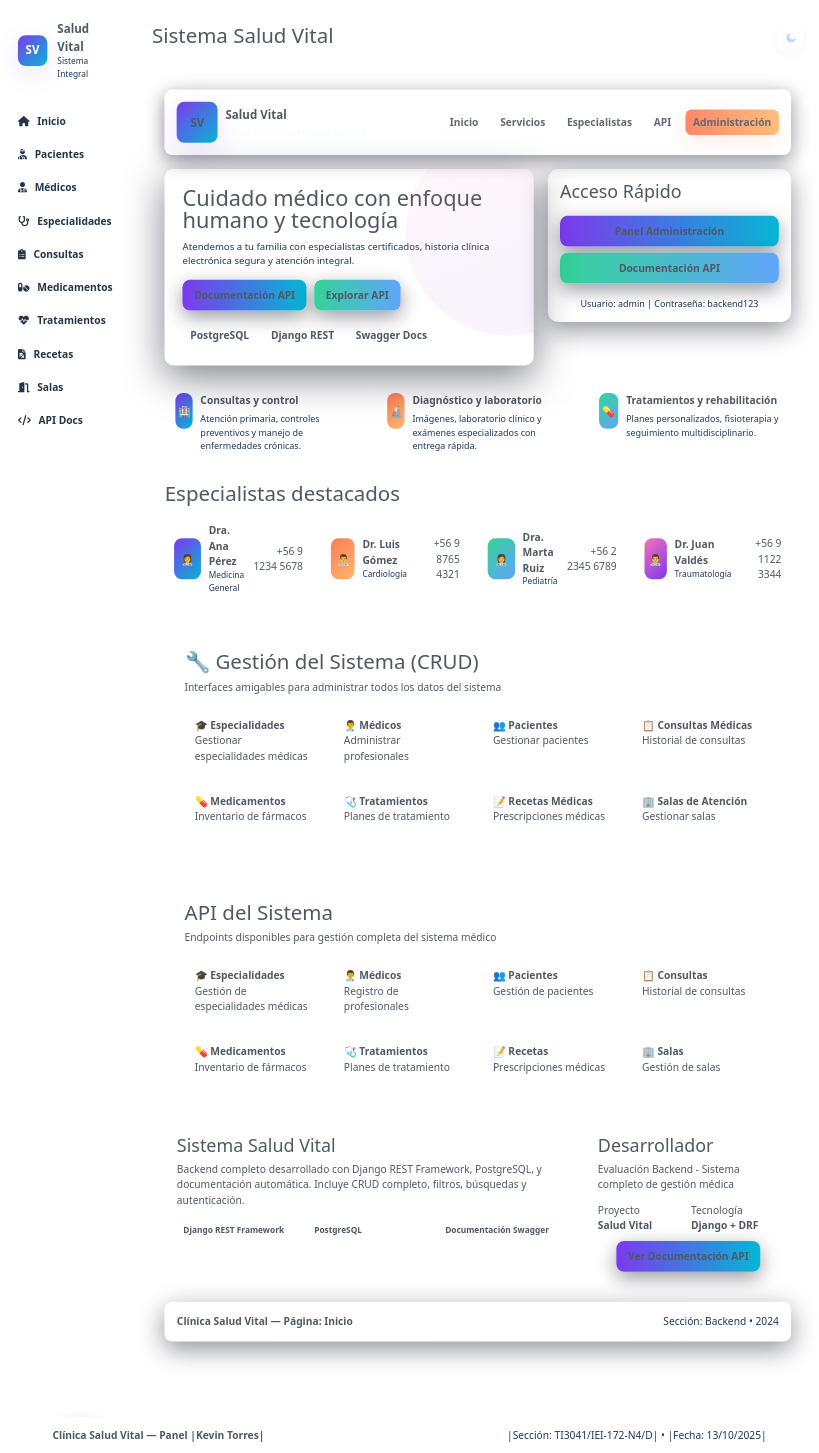
Repository: KeviNozh/eva2_clinica
Page: templates/index.html
An editor plug-in stored every save of this project. The page is shown before and after the next save, followed by the edit.
The browser window is 1280 px wide. The pictures show the whole page, at 64% of full size.
The template is drawn by Django 5.2. The application's start-up code is not run. Other server files are loaded and not shown. The template is opened directly, without the code that normally fills it, so the values that code supplies are empty.

Above is the page before, as saved 2025-10-14 19:54:13.

### templates/index.html
{% extends 'base.html' %}

{% block title %}Inicio - Salud Vital{% endblock %}

{% block content %}
<!DOCTYPE html>
<html lang="es">
<head>
  <meta charset="utf-8" />
  <meta name="viewport" content="width=device-width,initial-scale=1" />
  <style>
  /* Paleta viva y variables */
  :root{
    --bg:#ffffff;      /* fondo oscuro general */
    --soft-bg:#f6fbff;          /* paneles claros */
    --glass: rgba(224, 255, 246, 0.06);
    --muted:#1e395a;
    --white:#4f5962;

    --c1-start:#7c3aed; --c1-end:#06b6d4;   /* morado -> cian */
    --c2-start:#ff7a59; --c2-end:#ffb86b;   /* naranja -> amarillo */
    --c3-start:#34d399; --c3-end:#60a5fa;   /* verde -> azul */
    --c4-start:#f472b6; --c4-end:#7c3aed;   /* rosa -> morado */

    --radius:14px;
    --shadow-lg: 0 18px 60px rgba(2,6,23,0.5);
    --max-width:1200px;
    font-family: Inter, system-ui, -apple-system, "Segoe UI", Roboto, "Helvetica Neue", Arial, sans-serif;
    color-scheme: dark;
  }

  /* Reset y layout */
  *{box-sizing:border-box}
  html,body{height:100%;margin:0;background:
    radial-gradient(600px 300px at 10% 10%, rgba(124,58,237,0.12), transparent 10%),
    radial-gradient(500px 240px at 90% 70%, rgba(6,182,212,0.08), transparent 8%),
    var(--bg);
    -webkit-font-smoothing:antialiased;color:var(--white);
  }
  a{color:inherit;text-decoration:none}
  .wrap{max-width:var(--max-width);margin:30px auto;padding:20px}

  /* Header */
  header.site{
    display:flex;align-items:center;gap:16px;padding:18px;border-radius:12px;
    background: linear-gradient(90deg, rgba(255,255,255,0.03), rgba(255,255,255,0.02));
    border: 1px solid rgba(255,255,255,0.04);
    box-shadow: 0 8px 30px rgba(2,6,23,0.45);
  }
  .brand{display:flex;gap:12px;align-items:center}
  .logo{
    width:64px;height:64px;border-radius:12px;background:linear-gradient(135deg,var(--c1-start),var(--c1-end));
    display:grid;place-items:center;font-weight:900;font-size:18px;color:var(--white);box-shadow:0 12px 40px rgba(124,58,237,0.14)
  }
  .brand .title{font-weight:800;font-size:18px}
  .brand .subtitle{font-size:13px;color:#f6fbff;margin-top:4px}

  nav.main{margin-left:auto;display:flex;gap:10px;align-items:center}
  .nav-link{padding:8px 12px;border-radius:10px;color:var(--white);opacity:0.9;font-weight:700}
  .nav-link.ghost{background:transparent;border:1px solid rgba(186, 179, 179, 0.04);opacity:0.8}
  .nav-link.cta{background:linear-gradient(90deg,var(--c2-start),var(--c2-end));box-shadow:0 12px 30px rgba(255,122,89,0.14)}

  /* Hero */
  .hero{display:grid;grid-template-columns:1fr 380px;gap:22px;margin-top:22px;align-items:start}
  @media (max-width:980px){ .hero{grid-template-columns:1fr} }
  .hero-card{
    background: linear-gradient(180deg, rgba(255,255,255,0.04), rgba(255,255,255,0.02));
    border-radius:var(--radius);padding:28px;box-shadow:var(--shadow-lg);
    position:relative;overflow:hidden;
  }
  /* decorative shapes */
  .hero-card::before{
    content:"";position:absolute;right:-120px;top:-60px;width:320px;height:320px;border-radius:160px;
    background:linear-gradient(135deg,var(--c4-start),var(--c4-end));opacity:0.06;transform:rotate(20deg);
  }
  .hero h1{margin:0;font-size:34px;line-height:1.02}
  .hero p{margin:12px 0;color:var(--muted);font-size:15px}
  .cta-group{display:flex;gap:12px;margin-top:18px;flex-wrap:wrap}
  .btn{
    padding:12px 18px;border-radius:12px;border:0;font-weight:800;cursor:pointer;
    color:var(--white);box-shadow:0 10px 30px rgba(2,6,23,0.4)
  }
  .btn.primary{background:linear-gradient(90deg,var(--c1-start),var(--c1-end))}
  .btn.alt{background:linear-gradient(90deg,var(--c3-start),var(--c3-end))}

  /* Appointment card (right) */
  .appointment{
    background: linear-gradient(180deg, rgba(255,255,255,0.03), rgba(255,255,255,0.02));
    padding:18px;border-radius:16px;border:1px solid rgba(255,255,255,0.04);box-shadow:0 12px 40px rgba(2,6,23,0.45)
  }
  .appointment h3{margin:0 0 10px 0}
  .appointment label{display:block;font-size:13px;color:var(--muted);margin-bottom:6px}
  .appointment input, .appointment select{width:100%;padding:10px;border-radius:10px;border:1px solid rgba(255,255,255,0.04);background:transparent;color:var(--white);margin-bottom:10px}

  /* Services grid */
  .services{display:grid;grid-template-columns:repeat(3,1fr);gap:14px;margin-top:26px}
  @media (max-width:1100px){ .services{grid-template-columns:repeat(2,1fr)} }
  @media (max-width:700px){ .services{grid-template-columns:1fr} }
  .service{
    background:linear-gradient(180deg, rgba(255,255,255,0.02), rgba(255,255,255,0.01));
    padding:16px;border-radius:12px;border:1px solid rgba(255,255,255,0.03);display:flex;gap:12px;align-items:flex-start;
  }
  .service .icon{width:56px;height:56px;border-radius:12px;display:grid;place-items:center;color:var(--white);font-weight:900}
  .s1{background:linear-gradient(135deg,var(--c1-start),var(--c1-end))}
  .s2{background:linear-gradient(135deg,var(--c2-start),var(--c2-end))}
  .s3{background:linear-gradient(135deg,var(--c3-start),var(--c3-end))}
  .service .title{font-weight:800}
  .service .desc{color:var(--muted);margin-top:6px;font-size:14px}

  /* Specialists */
  .specialists{margin-top:28px}
  .specialists h2{margin:0 0 12px 0}
  .cards{display:grid;grid-template-columns:repeat(4,1fr);gap:14px}
  @media (max-width:1100px){ .cards{grid-template-columns:repeat(2,1fr)} }
  @media (max-width:600px){ .cards{grid-template-columns:1fr} }
  .doctor{
    background:linear-gradient(180deg, rgba(255,255,255,0.02), rgba(255,255,255,0.01));
    padding:14px;border-radius:12px;border:1px solid rgba(255,255,255,0.03);display:flex;gap:12px;align-items:center;
  }
  .avatar{width:64px;height:64px;border-radius:12px;display:grid;place-items:center;font-weight:900;color:var(--white)}
  .avatar.a1{background:linear-gradient(135deg,var(--c1-start),var(--c1-end))}
  .avatar.a2{background:linear-gradient(135deg,var(--c2-start),var(--c2-end))}
  .avatar.a3{background:linear-gradient(135deg,var(--c3-start),var(--c3-end))}
  .avatar.a4{background:linear-gradient(135deg,var(--c4-start),var(--c4-end))}
  .doc-meta .name{font-weight:800}
  .doc-meta .spec{color:var(--muted);font-size:13px}

  /* Facilities / base */
  .base{display:grid;grid-template-columns:2fr 1fr;gap:16px;margin-top:28px}
  @media (max-width:900px){ .base{grid-template-columns:1fr} }
  .about, .contact{
    background: linear-gradient(180deg, rgba(255,255,255,0.02), rgba(255,255,255,0.01));
    padding:18px;border-radius:12px;border:1px solid rgba(255,255,255,0.03);
  }
  .about h3{margin-top:0}
  .features{display:grid;grid-template-columns:repeat(3,1fr);gap:10px;margin-top:12px}
  .feature{padding:10px;border-radius:10px;background:linear-gradient(90deg, rgba(255,255,255,0.02), transparent);font-weight:700;color:var(--white);font-size:13px}

  /* Contact */
  .contact form input, .contact form textarea{width:100%;padding:10px;border-radius:10px;border:1px solid rgba(255,255,255,0.04);background:transparent;color:var(--white);margin-bottom:8px}

  /* Footer */
  footer.site{
    margin-top:28px;padding:18px;border-radius:12px;background:linear-gradient(90deg, rgba(255,255,255,0.03), rgba(255,255,255,0.02));
    border:1px solid rgba(255,255,255,0.04);
    display:flex;justify-content:space-between;align-items:center;gap:12px;box-shadow:0 12px 40px rgba(2,6,23,0.45)
  }
  .footer-left{font-weight:800}
  .footer-right{color:var(--muted)}
  .pill{display:inline-block;padding:8px 12px;border-radius:999px;background:rgba(255,255,255,0.04);font-weight:700}

  /* API Links Section */
  .api-section {
    margin-top: 40px;
    padding: 30px;
    background: linear-gradient(180deg, rgba(255,255,255,0.03), rgba(255,255,255,0.01));
    border-radius: 16px;
    border: 1px solid rgba(255,255,255,0.04);
  }
  .api-links {
    display: grid;
    grid-template-columns: repeat(auto-fit, minmax(200px, 1fr));
    gap: 15px;
    margin-top: 20px;
  }
  .api-link {
    padding: 15px;
    background: rgba(255,255,255,0.02);
    border-radius: 10px;
    border: 1px solid rgba(255,255,255,0.03);
    transition: all 0.3s ease;
  }
  .api-link:hover {
    background: rgba(255,255,255,0.05);
    transform: translateY(-2px);
  }

  /* Small responsive tweaks */
  @media (max-width:520px){
    .nav-link{display:none}
    header.site{padding:12px}
    .logo{width:52px;height:52px}
  }
  </style>
</head>
<body>
  <div class="wrap">
    <!-- Header -->
    <header class="site" role="banner" aria-label="Encabezado principal">
      <div class="brand">
        <div class="logo" aria-hidden>SV</div>
        <div>
          <div class="title">Salud Vital</div>
          <div class="subtitle">Clínica Integral — Atención humana</div>
        </div>
      </div>

      <nav class="main" role="navigation" aria-label="Navegación principal">
        <a class="nav-link" href="#home">Inicio</a>
        <a class="nav-link" href="#servicios">Servicios</a>
        <a class="nav-link" href="#medicos">Especialistas</a>
        <a class="nav-link" href="#api">API</a>
        <a class="nav-link cta" href="/admin/">Administración</a>
      </nav>
    </header>

    <!-- Hero + Appointment -->
    <section class="hero" id="home" aria-labelledby="hero-title">
      <div class="hero-card">
        <h1 id="hero-title">Cuidado médico con enfoque humano y tecnología</h1>
        <p>Atendemos a tu familia con especialistas certificados, historia clínica electrónica segura y atención integral.</p>

        <div class="cta-group">
          <a class="btn primary" href="/api/docs/">Documentación API</a>
          <a class="btn alt" href="/api/">Explorar API</a>
        </div>

        <div style="margin-top:18px;display:flex;gap:10px;flex-wrap:wrap">
          <span class="pill">PostgreSQL</span>
          <span class="pill">Django REST</span>
          <span class="pill">Swagger Docs</span>
        </div>
      </div>

      <aside class="appointment" aria-labelledby="ap-title" id="cita">
        <h3 id="ap-title">Acceso Rápido</h3>
        <div style="text-align: center; margin: 20px 0;">
          <a href="/admin/" class="btn primary" style="display: block; margin-bottom: 10px;">Panel Administración</a>
          <a href="/api/docs/" class="btn alt" style="display: block;">Documentación API</a>
        </div>
        <div style="color: var(--muted); font-size: 14px; text-align: center;">
          Usuario: admin | Contraseña: backend123
        </div>
      </aside>
    </section>

    <!-- Services -->
    <section id="servicios" class="services" aria-label="Servicios destacados">
      <article class="service">
        <div class="icon s1">🏥</div>
        <div>
          <div class="title">Consultas y control</div>
          <div class="desc">Atención primaria, controles preventivos y manejo de enfermedades crónicas.</div>
        </div>
      </article>

      <article class="service">
        <div class="icon s2">🔬</div>
        <div>
          <div class="title">Diagnóstico y laboratorio</div>
          <div class="desc">Imágenes, laboratorio clínico y exámenes especializados con entrega rápida.</div>
        </div>
      </article>

      <article class="service">
        <div class="icon s3">💊</div>
        <div>
          <div class="title">Tratamientos y rehabilitación</div>
          <div class="desc">Planes personalizados, fisioterapia y seguimiento multidisciplinario.</div>
        </div>
      </article>
    </section>

    <!-- Specialists -->
    <section class="specialists" id="medicos">
      <h2>Especialistas destacados</h2>
      <div class="cards" role="list">
        <div class="doctor" role="listitem">
          <div class="avatar a1">👩‍⚕️</div>
          <div class="doc-meta" style="flex:1">
            <div class="name">Dra. Ana Pérez</div>
            <div class="spec">Medicina General</div>
          </div>
          <div style="text-align:right">
            <div class="muted">+56 9 1234 5678</div>
          </div>
        </div>

        <div class="doctor">
          <div class="avatar a2">👨‍⚕️</div>
          <div class="doc-meta" style="flex:1">
            <div class="name">Dr. Luis Gómez</div>
            <div class="spec">Cardiología</div>
          </div>
          <div style="text-align:right">
            <div class="muted">+56 9 8765 4321</div>
          </div>
        </div>

        <div class="doctor">
          <div class="avatar a3">👩‍⚕️</div>
          <div class="doc-meta" style="flex:1">
            <div class="name">Dra. Marta Ruiz</div>
            <div class="spec">Pediatría</div>
          </div>
          <div style="text-align:right">
            <div class="muted">+56 2 2345 6789</div>
          </div>
        </div>

        <div class="doctor">
          <div class="avatar a4">👨‍⚕️</div>
          <div class="doc-meta" style="flex:1">
            <div class="name">Dr. Juan Valdés</div>
            <div class="spec">Traumatología</div>
          </div>
          <div style="text-align:right">
            <div class="muted">+56 9 1122 3344</div>
          </div>
        </div>
      </div>
    </section>

<!-- Agregar esta sección después de "Especialistas destacados" -->
<section class="api-section" id="crud">
  <h2>🔧 Gestión del Sistema (CRUD)</h2>
  <p class="muted">Interfaces amigables para administrar todos los datos del sistema</p>

  <div class="api-links">
    <a href="/crud/especialidades/" class="api-link">
      <strong>🎓 Especialidades</strong>
      <div class="muted">Gestionar especialidades médicas</div>
    </a>
    <a href="/crud/medicos/" class="api-link">
      <strong>👨‍⚕️ Médicos</strong>
      <div class="muted">Administrar profesionales</div>
    </a>
    <a href="/crud/pacientes/" class="api-link">
      <strong>👥 Pacientes</strong>
      <div class="muted">Gestionar pacientes</div>
    </a>
    <a href="/crud/consultas/" class="api-link">
      <strong>📋 Consultas Médicas</strong>
      <div class="muted">Historial de consultas</div>
    </a>
    <a href="/crud/medicamentos/" class="api-link">
      <strong>💊 Medicamentos</strong>
      <div class="muted">Inventario de fármacos</div>
    </a>
    <a href="/crud/tratamientos/" class="api-link">
      <strong>🩺 Tratamientos</strong>
      <div class="muted">Planes de tratamiento</div>
    </a>
    <a href="/crud/recetas/" class="api-link">
      <strong>📝 Recetas Médicas</strong>
      <div class="muted">Prescripciones médicas</div>
    </a>
    <a href="/crud/salas/" class="api-link">
      <strong>🏢 Salas de Atención</strong>
      <div class="muted">Gestionar salas</div>
    </a>
  </div>
</section>

    <!-- API Section -->
    <section class="api-section" id="api">
      <h2>API del Sistema</h2>
      <p class="muted">Endpoints disponibles para gestión completa del sistema médico</p>

      <div class="api-links">
        <a href="/api/especialidades/" class="api-link">
          <strong>🎓 Especialidades</strong>
          <div class="muted">Gestión de especialidades médicas</div>
        </a>
        <a href="/api/medicos/" class="api-link">
          <strong>👨‍⚕️ Médicos</strong>
          <div class="muted">Registro de profesionales</div>
        </a>
        <a href="/api/pacientes/" class="api-link">
          <strong>👥 Pacientes</strong>
          <div class="muted">Gestión de pacientes</div>
        </a>
        <a href="/api/consultas-medicas/" class="api-link">
          <strong>📋 Consultas</strong>
          <div class="muted">Historial de consultas</div>
        </a>
        <a href="/api/medicamentos/" class="api-link">
          <strong>💊 Medicamentos</strong>
          <div class="muted">Inventario de fármacos</div>
        </a>
        <a href="/api/tratamientos/" class="api-link">
          <strong>🩺 Tratamientos</strong>
          <div class="muted">Planes de tratamiento</div>
        </a>
        <a href="/api/recetas-medicas/" class="api-link">
          <strong>📝 Recetas</strong>
          <div class="muted">Prescripciones médicas</div>
        </a>
        <a href="/api/salas-atencion/" class="api-link">
          <strong>🏢 Salas</strong>
          <div class="muted">Gestión de salas</div>
        </a>
      </div>
    </section>

    <!-- Base / About & Contact -->
    <section class="base" id="contacto">
      <div class="about">
        <h3>Sistema Salud Vital</h3>
        <p class="muted">Backend completo desarrollado con Django REST Framework, PostgreSQL, y documentación automática. Incluye CRUD completo, filtros, búsquedas y autenticación.</p>

        <div class="features" aria-hidden>
          <div class="feature">Django REST Framework</div>
          <div class="feature">PostgreSQL</div>
          <div class="feature">Documentación Swagger</div>
        </div>
      </div>

      <aside class="contact" aria-labelledby="contact-title">
        <h3 id="contact-title">Desarrollador</h3>
        <p class="muted">Evaluación Backend - Sistema completo de gestión médica</p>

        <div style="display:flex;gap:8px;margin-top:8px">
          <div style="flex:1">
            <div class="muted">Proyecto</div>
            <div style="font-weight:800">Salud Vital</div>
          </div>
          <div style="flex:1">
            <div class="muted">Tecnología</div>
            <div style="font-weight:800">Django + DRF</div>
          </div>
        </div>

        <div style="margin-top:12px; text-align: center;">
          <a href="/api/docs/" class="btn primary">Ver Documentación API</a>
        </div>
      </aside>
    </section>

    <!-- Footer -->
    <footer class="site" role="contentinfo">
      <div class="footer-left">
        Clínica Salud Vital — Página: Inicio
      </div>
      <div class="footer-right">
        <div class="muted">Sección: Backend • <span>2024</span></div>
      </div>
    </footer>
  </div>
</body>
</html>
{% endblock %}

Loaded but not shown: templates/base.html (345 lines, source omitted)

After the next save:
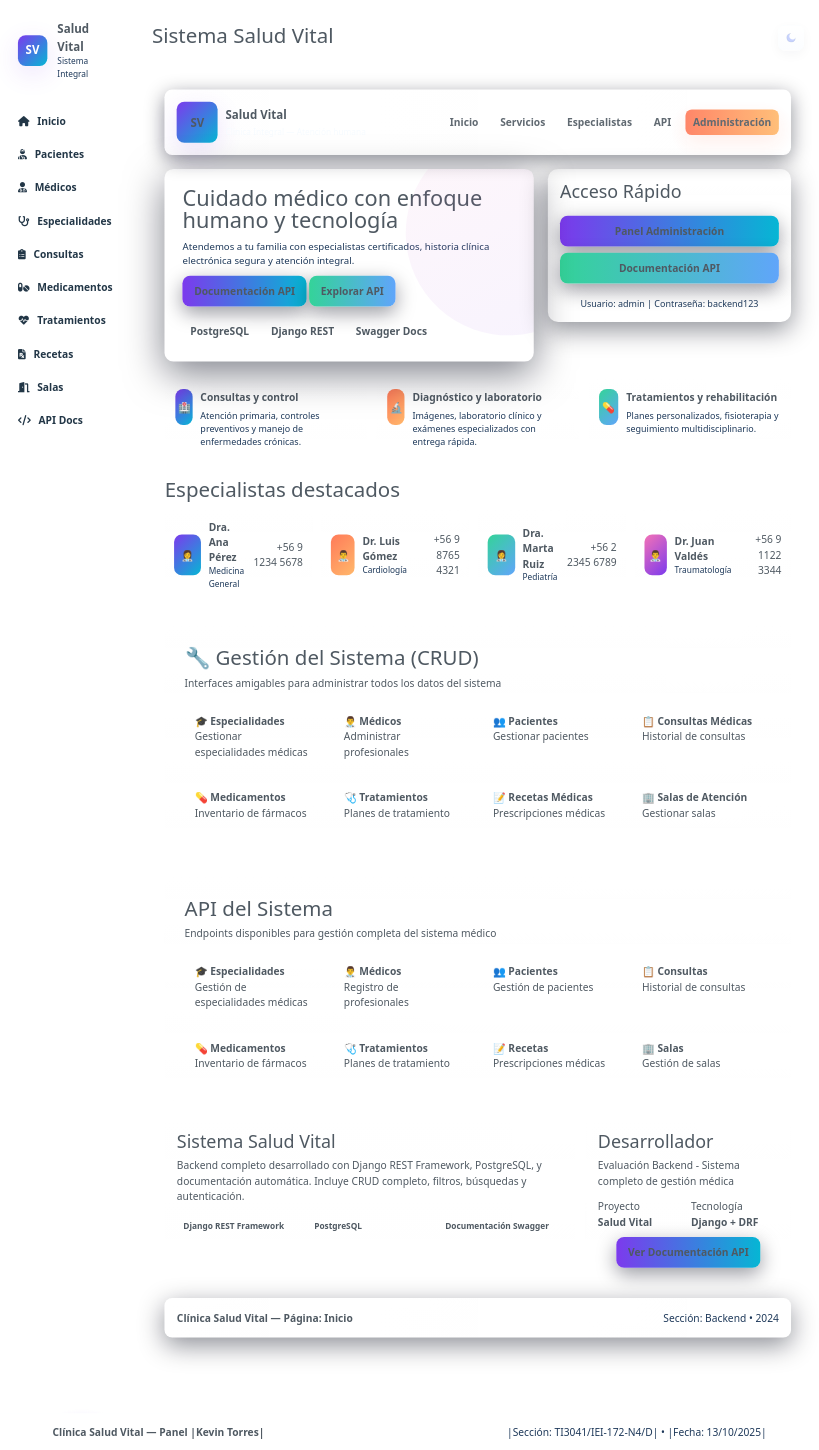
Saved 88 s later.
--- a/templates/index.html
+++ b/templates/index.html
@@ -74,7 +74,7 @@
     background:linear-gradient(135deg,var(--c4-start),var(--c4-end));opacity:0.06;transform:rotate(20deg);
   }
   .hero h1{margin:0;font-size:34px;line-height:1.02}
-  .hero p{margin:12px 0;color:var(--muted);font-size:15px}
+  .hero p{margin:12px 0;color:var(--muted);font-size:15px};
   .cta-group{display:flex;gap:12px;margin-top:18px;flex-wrap:wrap}
   .btn{
     padding:12px 18px;border-radius:12px;border:0;font-weight:800;cursor:pointer;
